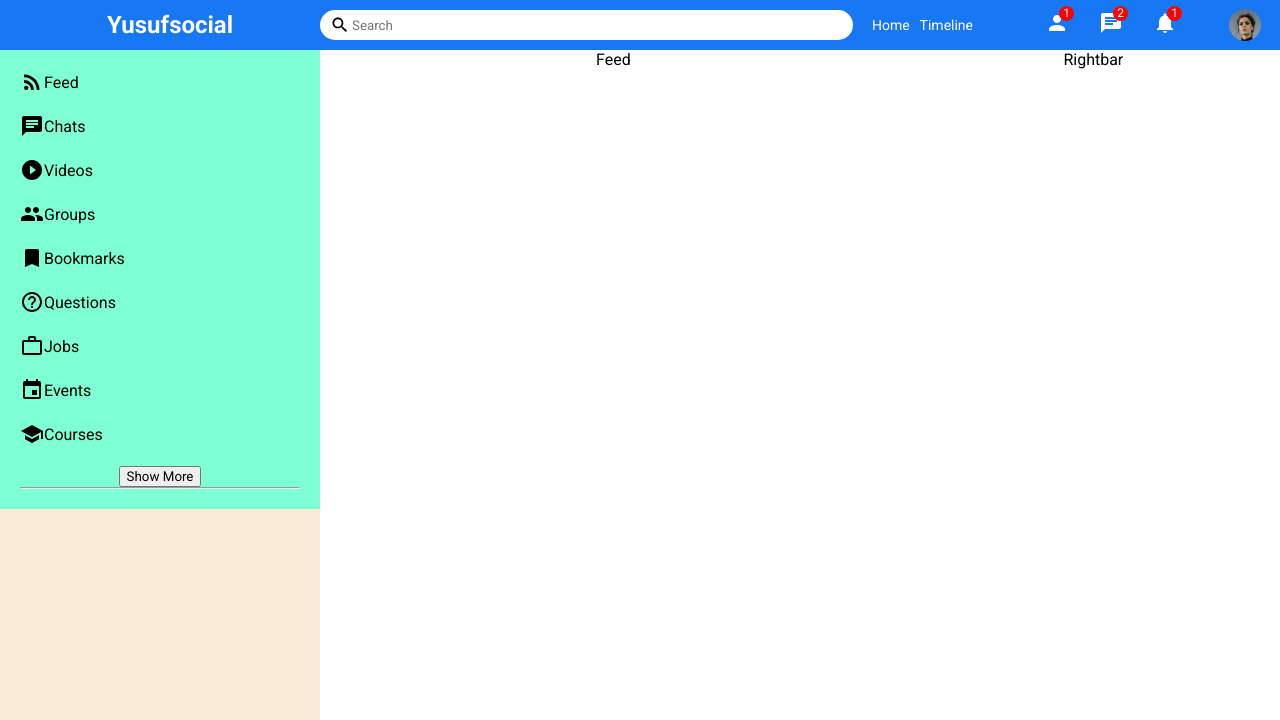
Repository: sevilgenysf/socialmediaapp
Page: /
The author's editor kept a copy of each file at every save. The page is drawn from the files as they stood at one save, then again after the next save.
The browser window is 1280 px wide. The pictures show the whole page.
The project was rebuilt for these pictures with package versions that can differ from the ones it lists, and the page was loaded fresh each time.

Above is the page before, as saved 2022-02-16 20:10:35.

### public/index.html
<!DOCTYPE html>
<html lang="en">

<head>
	<meta charset="utf-8" />
	<meta name="viewport" content="width=device-width, initial-scale=1" />
	<meta name="description" content="Web site created using create-react-app" />
	<link href="https://fonts.googleapis.com/css2?family=Roboto:ital,wght@0,300;0,400;0,700;1,500&display=swap"
		rel="stylesheet">
	<link rel="stylesheet" href="style.css">
	<title>Social App</title>
</head>

<body>
	<noscript>You need to enable JavaScript to run this app.</noscript>
	<div id="root"></div>
</body>

</html>

### src/App.js
import React from 'react';
import Home from './pages/home/Home';
import './App.css';

function App() {
	return (
		<div className="App">
			<Home />
		</div>
	);
}

export default App;

### src/pages/home/Home.jsx
import React from 'react';
import Topbar from '../../components/topbar/Topbar';
import Sidebar from '../../components/sidebar/Sidebar';
import Feed from '../../components/feed/Feed';
import Rightbar from '../../components/rightbar/Rightbar';
import './home.css';

const Home = () => {
	return (
		<>
			<Topbar />
			<div className="homeContainer">
				<Sidebar />
				<Feed />
				<Rightbar />
			</div>
		</>
	);
};

export default Home;

### src/components/topbar/Topbar.jsx
import React from 'react';
import './topbar.css';
import { Search, Person, Chat, Notifications } from '@mui/icons-material';

const Topbar = () => {
	return (
		<div className="topbarContainer">
			<div className="topbarLeft">
				<span className="logo">Yusufsocial</span>
			</div>
			<div className="topbarCenter">
				<div className="searchbar">
					<Search className="searchIcon" />
					<input type="text" placeholder="Search" className="searchInput" />
				</div>
			</div>
			<div className="topbarRight">
				<div className="topbarLink">
					<span className="topbarLink">Home</span>
					<span className="topbarLink">Timeline</span>
				</div>
				<div className="topbarIcons">
					<div className="topbarIconItem">
						<Person />
						<span className="topbarIconBadge">1</span>
					</div>
					<div className="topbarIconItem">
						<Chat />
						<span className="topbarIconBadge">2</span>
					</div>
					<div className="topbarIconItem">
						<Notifications />
						<span className="topbarIconBadge">1</span>
					</div>
				</div>
				<img src="/assets/person/1.jpeg" alt="" className="topbarImg" />
			</div>
		</div>
	);
};

export default Topbar;

### src/components/sidebar/Sidebar.jsx
import React from 'react';
import './sidebar.css';
import {
	RssFeed,
	Chat,
	PlayCircleFilledOutlined,
	Group,
	Bookmark,
	HelpOutline,
	WorkOutline,
	Event,
	School
} from '@mui/icons-material';

const Sidebar = () => {
	return (
		<div className="sidebar">
			<div className="sidebarWrapper">
				<ul className="sidebarList">
					<li className="sidebarListItem">
						<RssFeed className="sidebarIcon" />
						<span className="sidebarListItemText">Feed</span>
					</li>
					<li className="sidebarListItem">
						<Chat className="sidebarIcon" />
						<span className="sidebarListItemText">Chats</span>
					</li>
					<li className="sidebarListItem">
						<PlayCircleFilledOutlined className="sidebarIcon" />
						<span className="sidebarListItemText">Videos</span>
					</li>
					<li className="sidebarListItem">
						<Group className="sidebarIcon" />
						<span className="sidebarListItemText">Groups</span>
					</li>
					<li className="sidebarListItem">
						<Bookmark className="sidebarIcon" />
						<span className="sidebarListItemText">Bookmarks</span>
					</li>
					<li className="sidebarListItem">
						<HelpOutline className="sidebarIcon" />
						<span className="sidebarListItemText">Questions</span>
					</li>
					<li className="sidebarListItem">
						<WorkOutline className="sidebarIcon" />
						<span className="sidebarListItemText">Jobs</span>
					</li>
					<li className="sidebarListItem">
						<Event className="sidebarIcon" />
						<span className="sidebarListItemText">Events</span>
					</li>
					<li className="sidebarListItem">
						<School className="sidebarIcon" />
						<span className="sidebarListItemText">Courses</span>
					</li>
				</ul>
				<button className="sidebarButton">Show More</button>
				<hr className="sidebarHr" />
			</div>
		</div>
	);
};

export default Sidebar;

### src/components/feed/Feed.jsx
import React from 'react';
import './feed.css';

const Feed = () => {
	return <div className="feed">Feed</div>;
};

export default Feed;

### src/components/rightbar/Rightbar.jsx
import React from 'react';
import './rightbar.css';

const Rightbar = () => {
	return <div className="rightbar">Rightbar</div>;
};

export default Rightbar;

### src/pages/home/home.css
.homeContainer {
	display: flex;
	width: 100%;
}

### src/components/topbar/topbar.css
.topbarContainer {
	height: 50px;
	width: 100%;
	background-color: #1877f2;
	display: flex;
	align-items: center;
	position: sticky;
	top: 0;
}

.topbarLeft {
	flex: 3;
}

.logo {
	font-size: 24px;
	margin-left: 20px;
	font-weight: bold;
	color: #fff;
	cursor: pointer;
}

.topbarCenter {
	flex: 5;
}

.searchbar {
	width: 100%;
	height: 30px;
	background-color: #fff;
	border-radius: 30px;
	display: flex;
	align-items: center;
}

.searchIcon {
	font-size: 20px !important;
	margin-left: 10px;
}


.searchInput {
	border: none;
	width: 70%;
}

.searchInput:focus {
	outline: none;
}

.topbarRight {
	display: flex;
	align-items: center;
	justify-content: space-around;
	flex: 4;
	color: #fff;
}

.topbarLink {
	margin-right: 10px;
	font-size: 14px;
	cursor: pointer;
}

.topbarIcons {
	display: flex;
}

.topbarIconItem {
	margin: 15px;
	cursor: pointer;
	position: relative;
}

.topbarIconBadge {
	width: 15px;
	height: 15px;
	background-color: red;
	border-radius: 50%;
	color: #fff;
	position: absolute;
	top: -5px;
	right: -5px;
	align-items: center;
	justify-content: center;
	font-size: 12px;
}

.topbarImg {
	width: 32px;
	height: 32px;
	border-radius: 50%;
	object-fit: cover;
	cursor: pointer;
}

### src/components/sidebar/sidebar.css
.sidebar {
	flex: 3;
	height: calc(100vh - 50px);
	background-color: antiquewhite;
}

.sidebarWrapper {
	padding: 20px;
	background-color: aquamarine;
}

.sidebarList {
	padding: 0;
	margin: 0;
	list-style: none;
}

.sidebarListItem {
	display: flex;
	align-items: center;
	margin-bottom: 20px;
}

### src/components/feed/feed.css
.feed {
	flex: 5.5;
}

### src/components/rightbar/rightbar.css
.rightbar {
	flex: 3.5;
}

### public/style.css
* {
	margin: 0;
	font-family: 'Roboto', sans-serif ;
}

Loaded but not shown: src/index.js (common file); src/index.css (common file); src/App.css (common file)

After the next save:
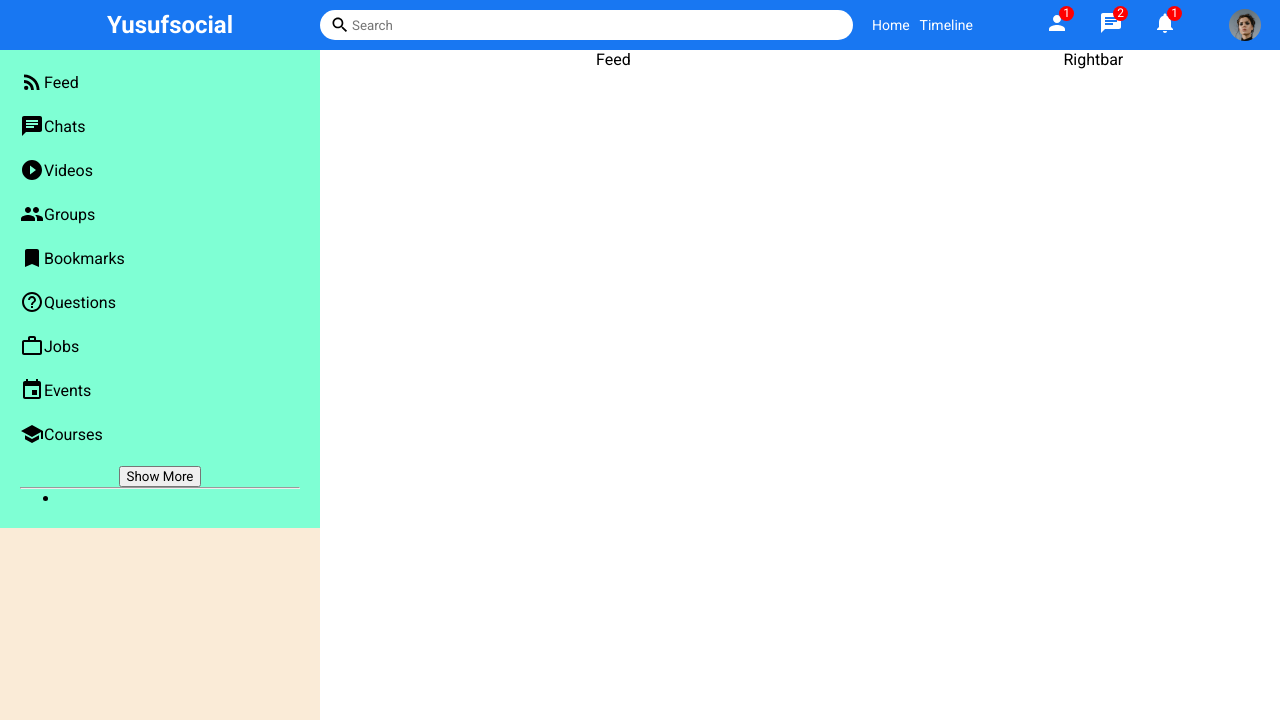
Saved 32 s later.
--- a/src/components/sidebar/Sidebar.jsx
+++ b/src/components/sidebar/Sidebar.jsx
@@ -56,6 +56,9 @@ const Sidebar = () => {
 				</ul>
 				<button className="sidebarButton">Show More</button>
 				<hr className="sidebarHr" />
+				<ul className="sidebarFriendList">
+					<li></li>
+				</ul>
 			</div>
 		</div>
 	);
